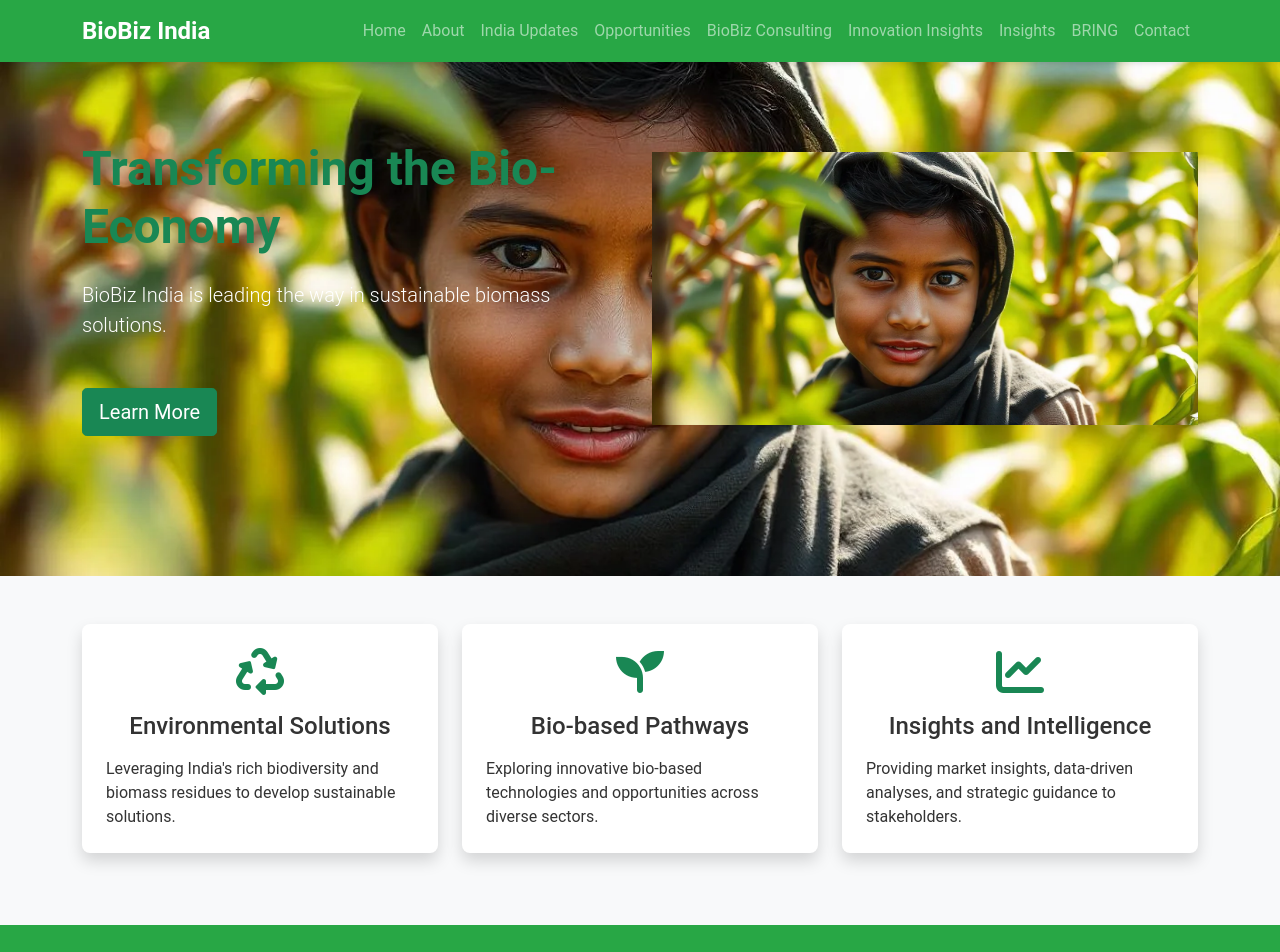
Repository: abhijeets54/biobiz
Page: biobiz.html
The author's editor kept a copy of each file at every save. The page is drawn from the files as they stood at one save, then again after the next save.
The browser window is 1280 px wide. The pictures show the part of the page from y = 0 to 952 px (the page is 3343 px tall).
A picture or video elsewhere on the page could not be fetched, so the positions and the page height are approximate.

Above is the page before, as saved 2024-12-17 14:19:40.

After the next save:
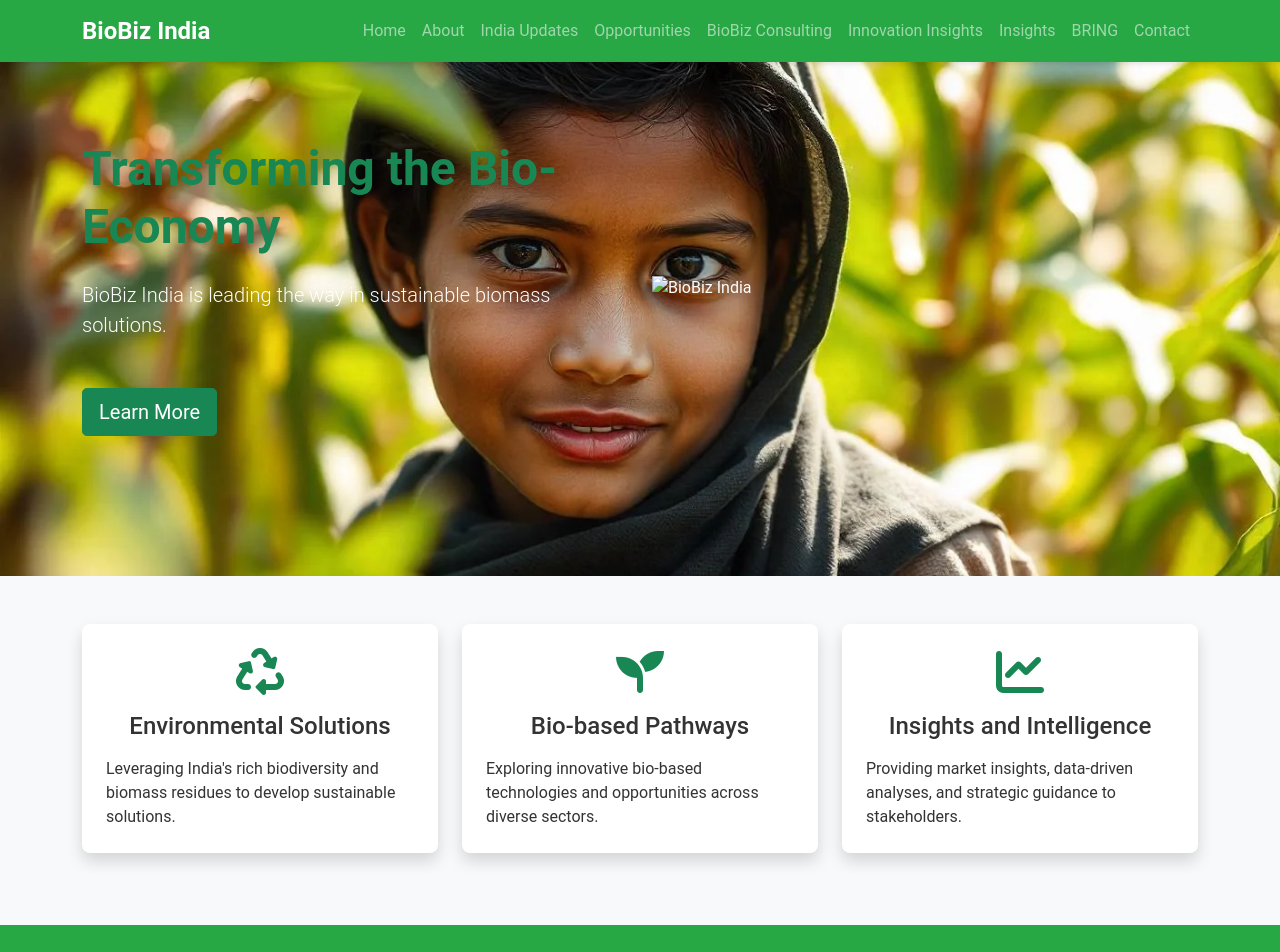
Saved 9 s later.
--- a/biobiz.html
+++ b/biobiz.html
@@ -61,7 +61,7 @@
             <a href="#" class="btn btn-success btn-lg">Learn More</a>
           </div>
           <div class="col-lg-6">
-            <img src="biobiz (1).webp" alt="BioBiz India" class="img-fluid">
+            <img src="" alt="BioBiz India" class="img-fluid">
           </div>
         </div>
       </div>
